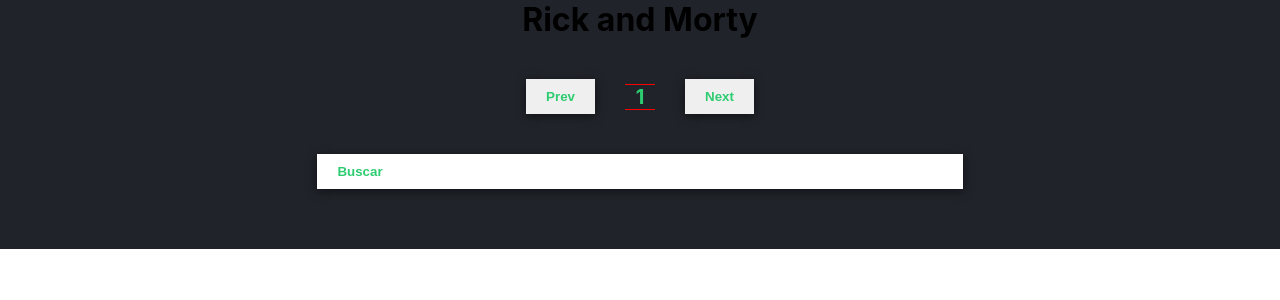
Repository: DanielVegaf/rick-and-morty-api
Page: /
The author's editor kept a copy of each file at every save. The page is drawn from the files as they stood at one save, then again after the next save.
The browser window is 1280 px wide. The pictures show the whole page.
The page's requests for data from a server got no answer. The project was rebuilt for these pictures with package versions that can differ from the ones it lists, and the page was loaded fresh each time. No one was signed in, and anything a server would have sent is missing. Also part of the build but not shown: vite.config.js, src/components/characterDetails/CharacterDetails.jsx.

Above is the page before, as saved 2022-07-11 14:52:55.

After the next save:
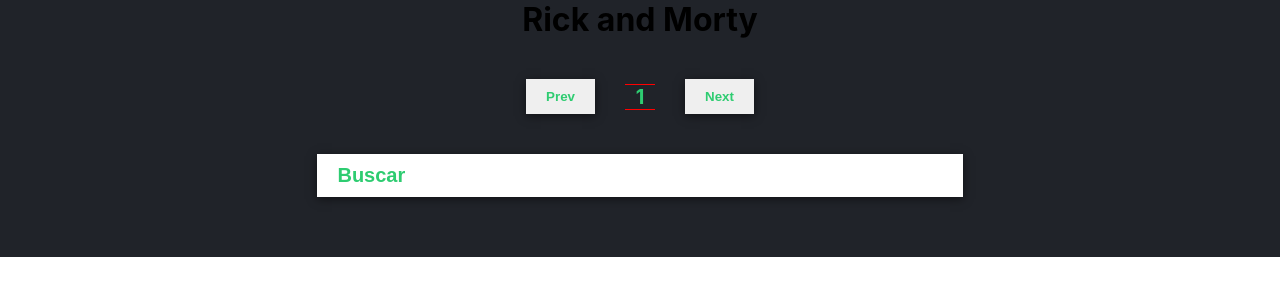
Saved 27 s later.
--- a/src/App.css
+++ b/src/App.css
@@ -61,10 +61,11 @@
   margin: 20px 0 40px;
   padding: 10px 20px;
   border: none;
-  box-shadow: var(--ShadowBox);
   font-weight: bold;
+  font-size: 20px;
   outline: none;
   width: 72%;
+  box-shadow: var(--ShadowBox);
   color: var(--ColorSecondary);
 }
 
